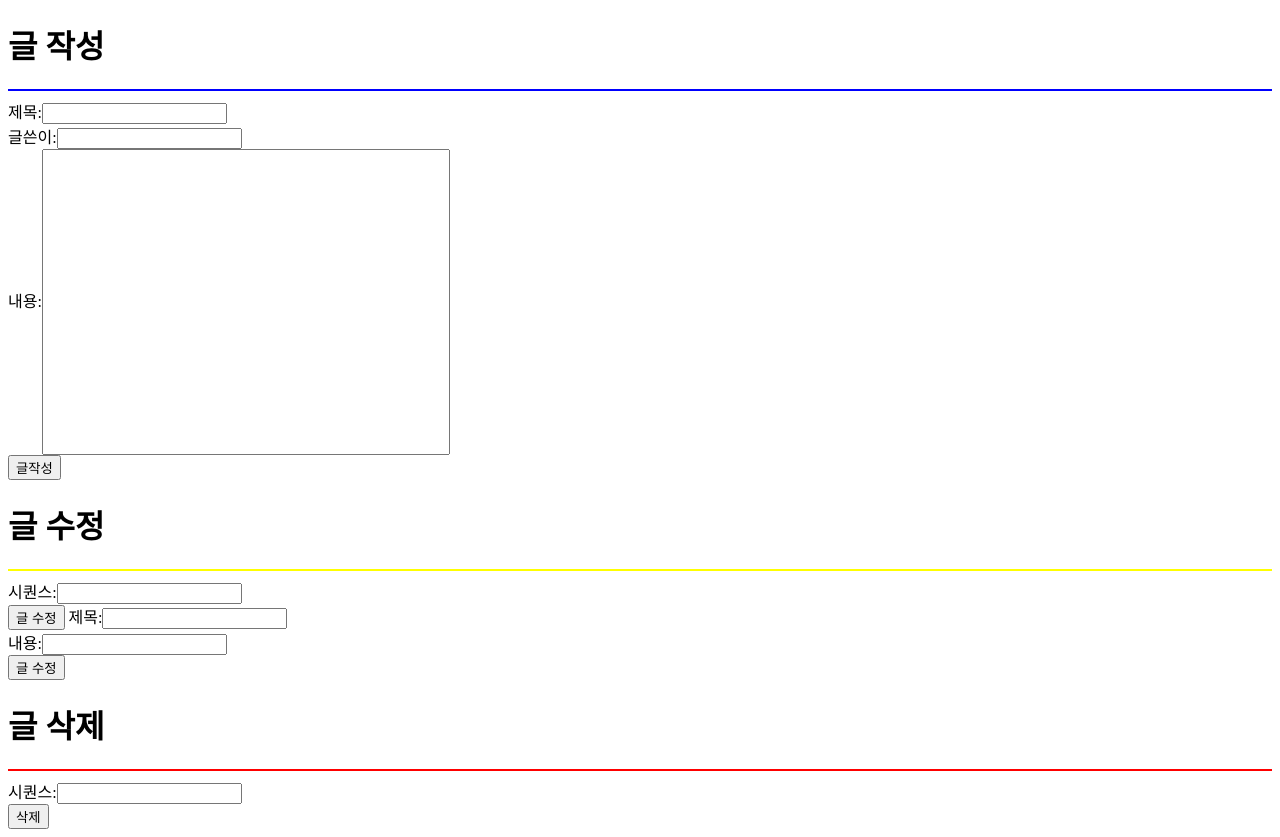
Repository: Yusubin/workEx
Page: test00/src/main/webapp/index.html
An editor plug-in stored every save of this project. The page is shown before and after a run of saves, followed by the edit.
The browser window is 1280 px wide. The pictures show the whole page.

Above is the page before, as saved 2022-02-15 01:52:30.

After the next 2 saves:
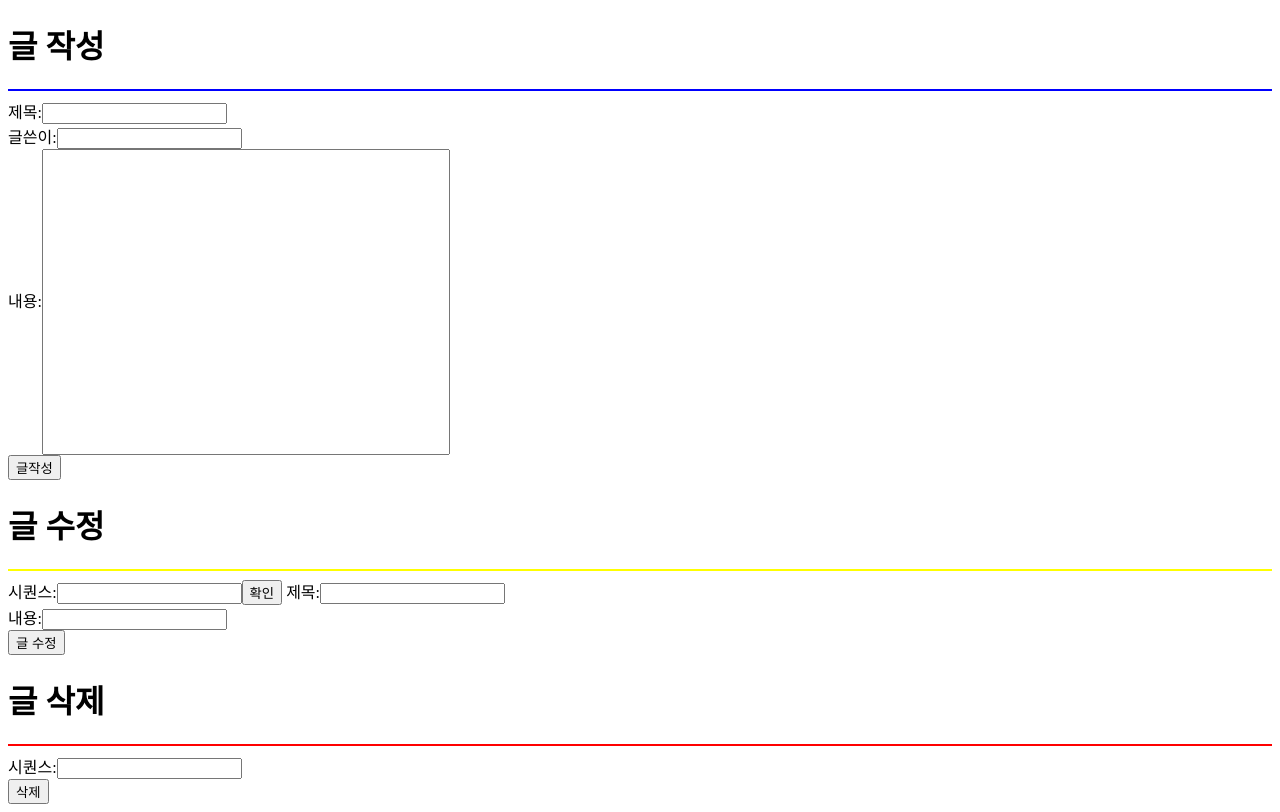
The 2 saves are shown as one change because they came seconds apart.
The last was saved 11 s later.
--- a/test00/src/main/webapp/index.html
+++ b/test00/src/main/webapp/index.html
@@ -19,7 +19,7 @@
 	<h1>글 수정</h1>
 	<hr color="yellow">
 	<form action="update.jsp">
-	시퀀스:<input type="text" name="idx"><br><button>글 수정</button>
+	시퀀스:<input type="text" name="idx"><button>확인</button>
 	제목:<input type="text" name="title"><br>
 	내용:<input type="text" name="content"><br>
 	<button>글 수정</button>
